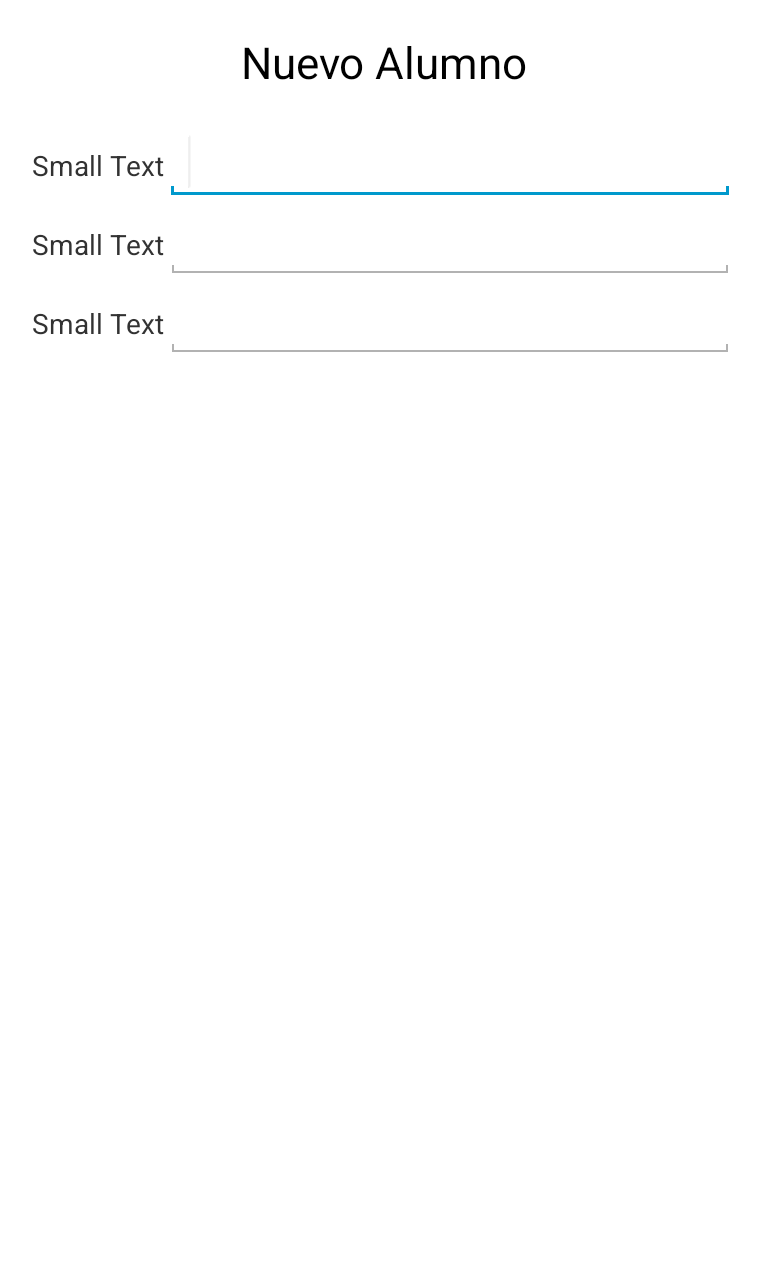
Repository: softwhisper/CiticAndroid-Migrated
Layout: And25.Completo/res/layout/activity_new_student.xml
An editor plug-in stored every save of this project. The layout is shown before and after the next save, followed by the edit.
It is drawn on a 768 x 1280 px phone screen (xhdpi) without system bars, with theme AppTheme; the app's code is not run.

Above is the layout before, as saved 2014-11-14 11:42:09.

After the next save:
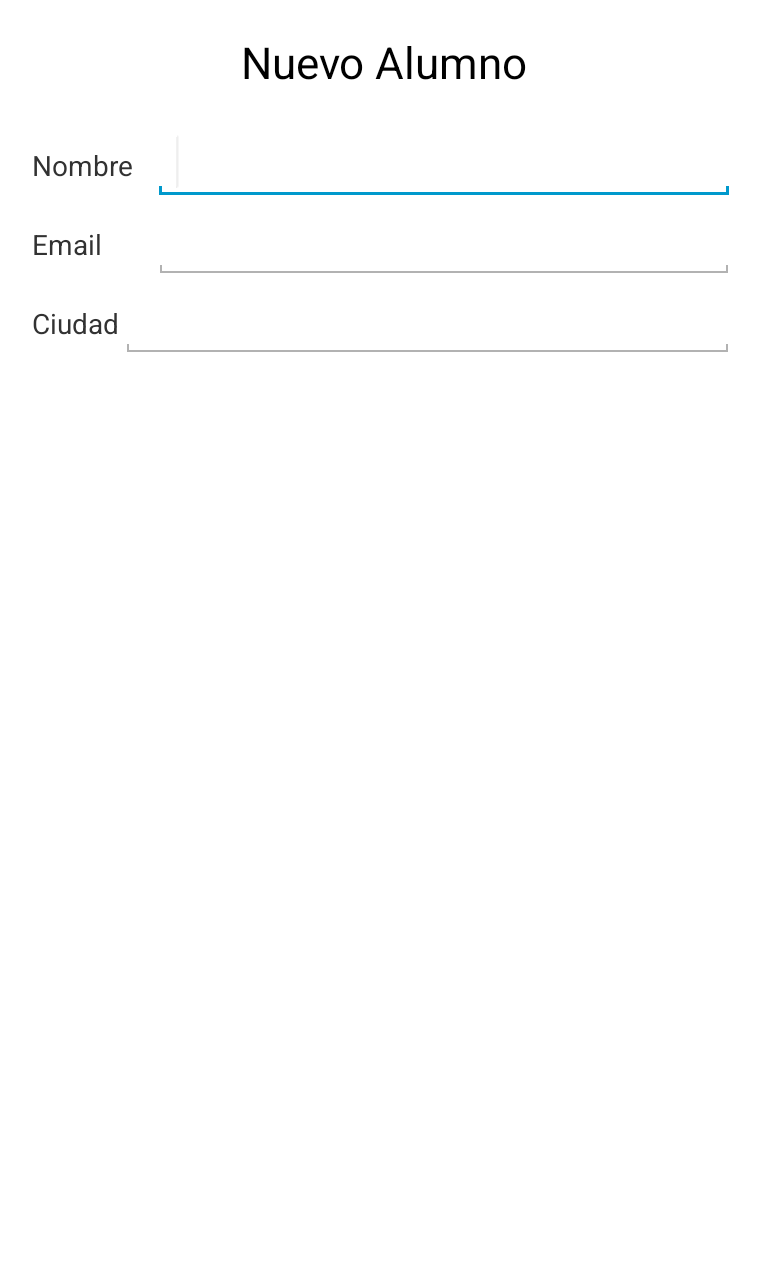
Saved 98 s later.
--- a/And25.Completo/res/layout/activity_new_student.xml
+++ b/And25.Completo/res/layout/activity_new_student.xml
@@ -24,9 +24,9 @@
         android:layout_height="wrap_content" >
 
         <TextView
-            android:layout_width="wrap_content"
+            android:layout_width="60dp"
             android:layout_height="wrap_content"
-            android:text="Small Text"
+            android:text="@string/lblName"
             android:textAppearance="?android:attr/textAppearanceSmall" />
 
         <EditText
@@ -45,10 +45,11 @@
     <LinearLayout
         android:layout_width="match_parent"
         android:layout_height="wrap_content" >
+
         <TextView
-            android:layout_width="wrap_content"
+            android:layout_width="60dp"
             android:layout_height="wrap_content"
-            android:text="Small Text"
+            android:text="@string/lblEmail"
             android:textAppearance="?android:attr/textAppearanceSmall" />
 
         <EditText
@@ -63,10 +64,11 @@
     <LinearLayout
         android:layout_width="match_parent"
         android:layout_height="wrap_content" >
+
         <TextView
             android:layout_width="wrap_content"
             android:layout_height="wrap_content"
-            android:text="Small Text"
+            android:text="@string/lblCity"
             android:textAppearance="?android:attr/textAppearanceSmall" />
 
         <EditText
